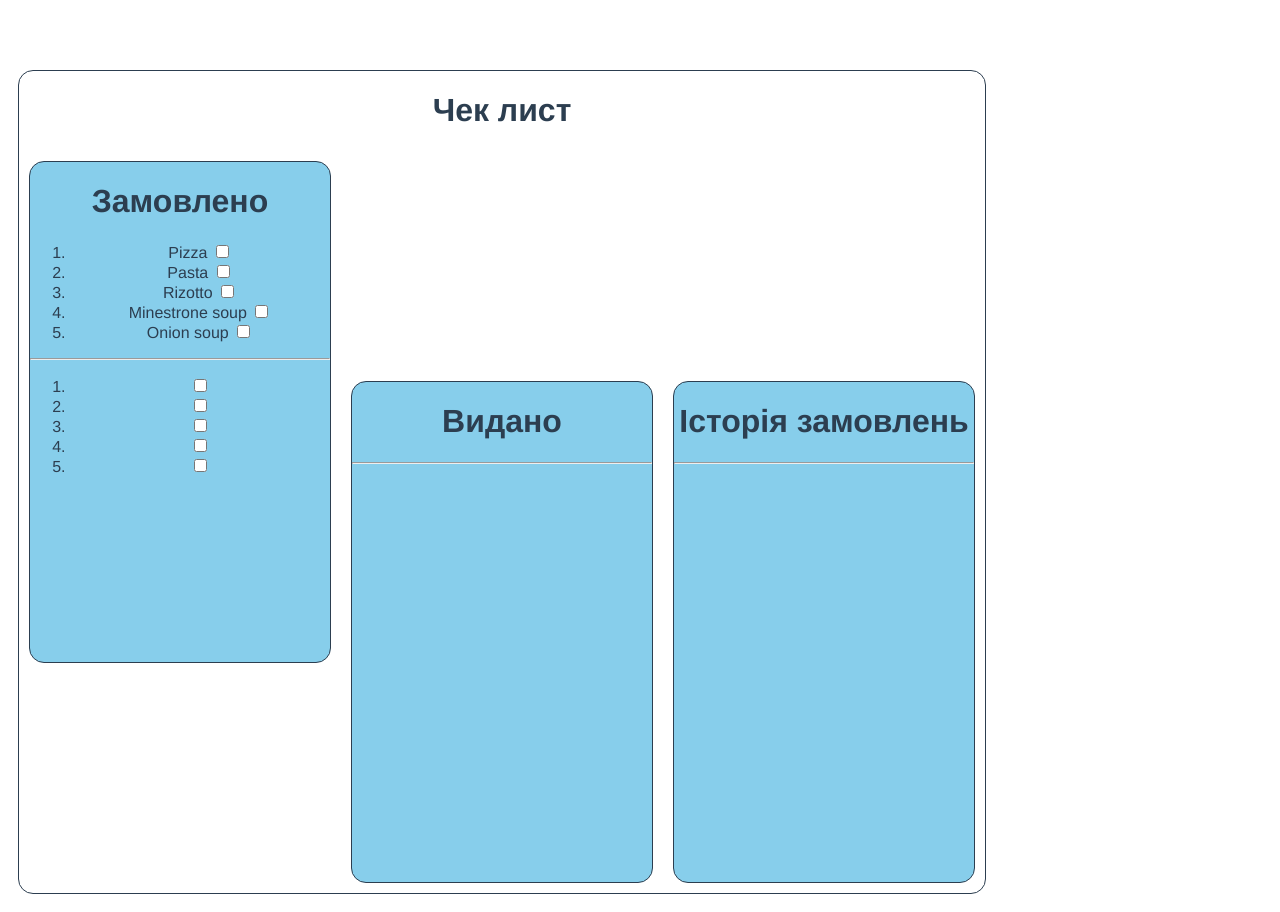
Repository: Salexandraa/HOME_Subotina
Page: / (app in order-list/)
These files come from the project's save history. The page is drawn as it stood at one moment and after the next save; the edit follows.
The browser window is 1280 px wide. The pictures show the whole page.
The project was rebuilt for these pictures with package versions that can differ from the ones it lists, and the page was loaded fresh each time.

Above is the page before, as saved 2020-10-09 17:13:52.

### order-list/src/App.vue
<template>
  <div id="app">
  <!-- <reserved :listDishes= "dishesList"
  title='Замовлено'
  />
  <order-issued title="Видано"/>
  <history title="Історія замовлень"/> -->
  <check-list title="Чек лист"/>
  </div>
</template>

<script>
//import Reserved from "./components/CheckList/Reserved";
//import dishesList from "../settings"
//import OrderIssued from "./components/CheckList/OrderIssued"
//import History from "./components/CheckList/History"
import CheckList from "./components/CheckList"
export default {
  name: "App",
  components: {
    //Reserved,
   //OrderIssued,
    //History,
    CheckList
  },
  data() {
    return {
    //  dishesList
      // dishesList: [
      //   {
      //     id: 1,
      //     name: "Pizza",
      //   },
      //    {
      //     id: 2,
      //     name: "Pasta",
      //   },
      //    {
      //     id:3,
      //     name: "Rizzoto",
      //   },
      //    {
      //     id: 4,
      //     name: "Minestrone soup",
      //   },
      //    {
      //     id:5,
      //     name: "Onion soup",
      //   },
      // ],
    };
  },
};
</script>

<style>
#app {
  font-family: Avenir, Helvetica, Arial, sans-serif;
  -webkit-font-smoothing: antialiased;
  -moz-osx-font-smoothing: grayscale;
  /* text-align: center; */
  color: #2c3e50;
  margin-top: 60px;
}
</style>

### order-list/src/components/CheckList/index.vue
<template>
  <div class="container">
    <div>
      <h1>{{ title }}</h1>
    </div>
    <div>
      <reserved :listDishes="dishesList" title="Замовлено" />
      <order-issued title="Видано" />
      <history title="Історія замовлень" />
    </div>
  </div>
</template>

<script>
import Reserved from "./Reserved";
import OrderIssued from "./OrderIssued";
import History from "./History";
import dishesList from "../../../settings"
export default {
  name: "CheckList",
  components: {
    Reserved,
    OrderIssued,
    History,
  },
  props: {
    // dishesList: {
    //     type: Array,
    //     default: ()=>[]
    // },
    title: {
      type: String,
      default: "",
    },
    },
    data() {
        return {
            dishesList
        }

  },
};
</script>

<style lang="css" scoped>
.container {
  border: 1px solid;
  border-radius: 15px;
  text-align: center;
  display: inline-block;
  margin: 10px;
}
</style>

### order-list/src/components/CheckList/Reserved/index.vue
<template>
    <div class="container">
<div>
    <h1>{{title}}</h1>
</div>
 <div><ol >
        <li v-for="item in listDishes" :key="item.name" value="item.name"  >
          {{item.name}}  <input type="checkbox"  v-model="item.names"  >
        </li>
    </ol>
</div>
<hr>
<div>
      <ol>
        <li v-for="item in listDishes" :key="item.id" >
           {{item.names}} <input type="checkbox" >
        </li>

    </ol>

</div>
    </div>
</template>

<script>
    export default {
        name: "Reserved",
        props: {
             listDishes: {
                type: Array,
                default: ()=>[]
            },
            title: {
                type: String,
                default: '',

            },
        }
    }
</script>

<style lang="css" scoped>
.container{
    width: 300px;
    height: 500px;
    border: 2px solid;
    border-radius: 15px;
    background-color: skyblue;
}
</style>

### order-list/src/components/CheckList/OrderIssued/index.vue
<template>
  <div class="container">
    <div>
      <h1>{{ title }}</h1>
    </div>
    <div>
      <ol>
        <li v-for="item in dishesList" :key="item.name">
          {{ item.name }} <input type="checkbox" v-model="item.names" />
        </li>
      </ol>
    </div>
    <hr>
  </div>
</template>

<script>
export default {
  name: "OrderIssued",
  props: {
    title: {
      type: String,
      default: "",
    },
  },
};
</script>

<style lang="css" scoped>
.container {
  width: 300px;
  height: 500px;
  border: 2px solid;
  border-radius: 15px;
  background-color: skyblue;
}
</style>

### order-list/src/components/CheckList/History/index.vue
<template>
    <div class="container">
   <div>
      <h1>{{ title }}</h1>
    </div>
    <div>
      <ol>
        <li v-for="item in dishesList" :key="item.name">
          {{ item.name }} <input type="checkbox" v-model="item.names" />
        </li>
      </ol>
    </div>
    <hr>
    </div>
</template>

<script>
    export default {
        name: "History",
        props: {
            title: {
                type: String,
                default: ""
            },
        },
    }
</script>

<style lang="css" scoped>
.container {
  width: 300px;
  height: 500px;
  border: 2px solid;
  border-radius: 15px;
  background-color: skyblue;
}

</style>

### order-list/settings.js
export default [
    {
      id: 1,
      name: "Pizza",
    },
     {
      id: 2,
      name: "Pasta",
    },
     {
      id:3,
      name: "Rizotto",
    },
     {
      id: 4,
      name: "Minestrone soup",
    },
     {
      id:5,
      name: "Onion soup",
    },
  ]

Loaded but not shown: order-list/public/index.html (common file); order-list/src/main.js (common file)

After the next save:
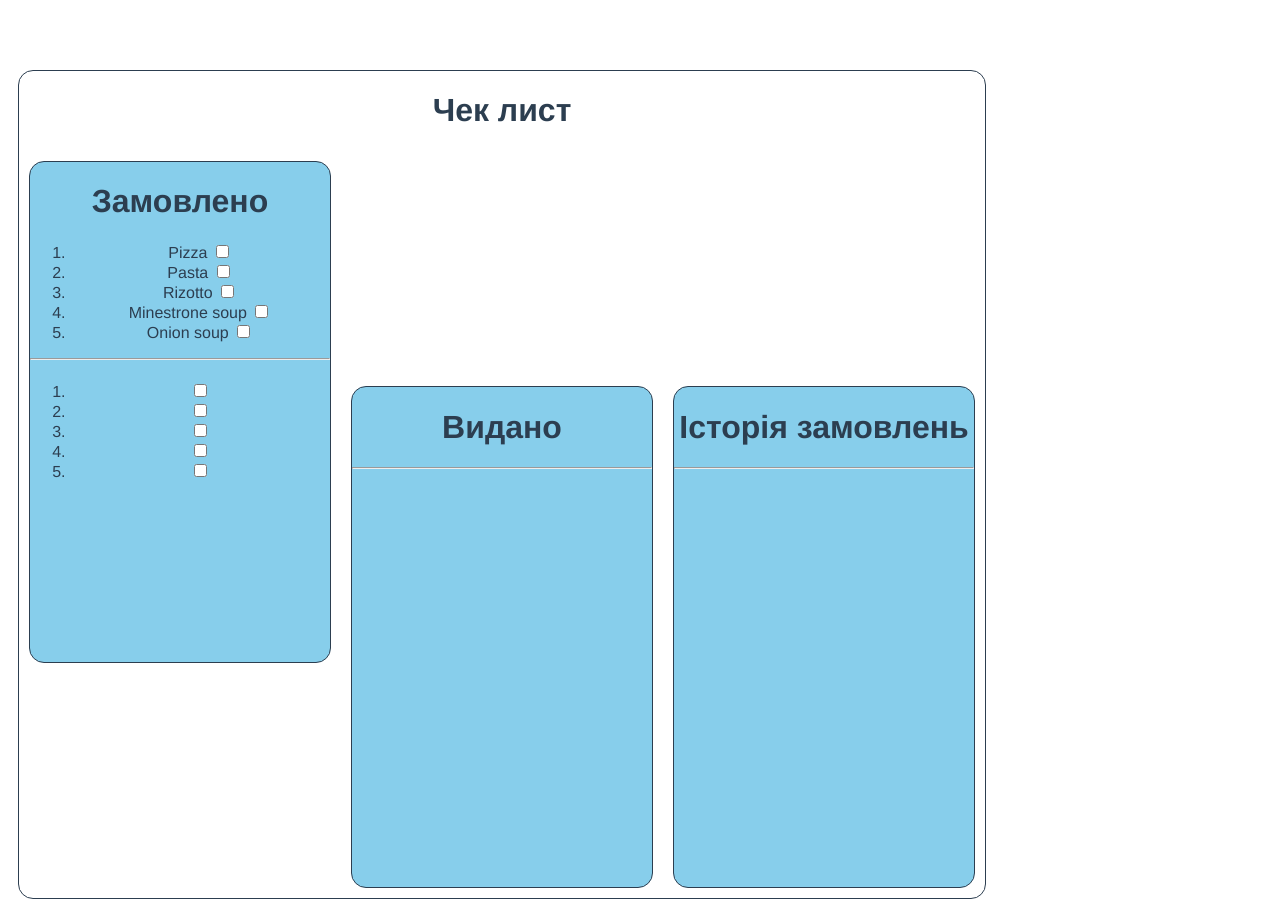
Saved 42 s later.
--- a/order-list/src/components/CheckList/Reserved/index.vue
+++ b/order-list/src/components/CheckList/Reserved/index.vue
@@ -10,6 +10,9 @@
     </ol>
 </div>
 <hr>
+<div>
+    <h1></h1>
+</div>
 <div>
       <ol>
         <li v-for="item in listDishes" :key="item.id" >
@@ -35,6 +38,11 @@
                 default: '',
 
             },
+              title2: {
+                type: String,
+                default: '',
+
+            },
         }
     }
 </script>
